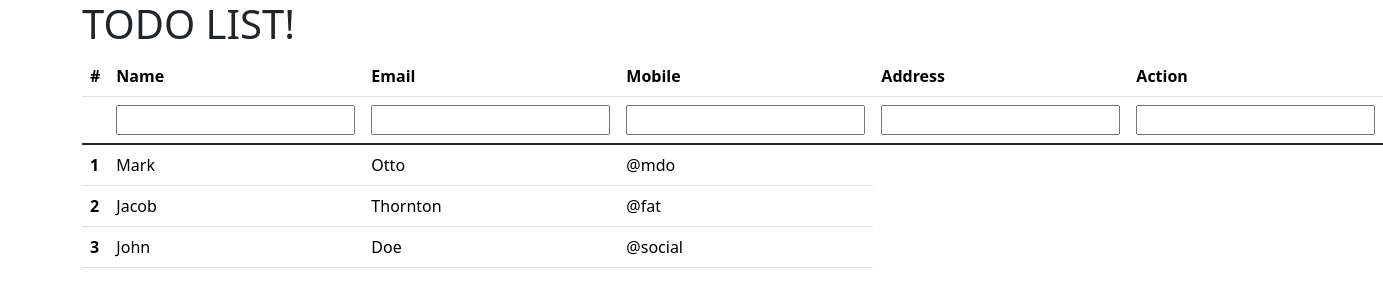
Repository: faizrehmandeveloper-spec/mern
Page: js/todo.html
The author's editor kept a copy of each file at every save. The page is drawn from the files as they stood at one save, then again after the next save.
The browser window is 1280 px wide. The page is 1383 px wide, then 1280 px, so the pictures cover 1383 px, including what lies to the right of the window. The pictures show the whole page.

Above is the page before, as saved 2026-06-25 11:35:12.

### js/todo.html
<!doctype html>
<html lang="en">

<head>
    <meta charset="utf-8">
    <meta name="viewport" content="width=device-width, initial-scale=1">
    <title>Bootstrap demo</title>
    <link href="https://cdn.jsdelivr.net/npm/bootstrap@5.3.8/dist/css/bootstrap.min.css" rel="stylesheet"
        integrity="sha384-sRIl4kxILFvY47J16cr9ZwB07vP4J8+LH7qKQnuqkuIAvNWLzeN8tE5YBujZqJLB" crossorigin="anonymous">
</head>

<body>
    <div class="container">
        <h1>TODO LIST!</h1>
        <table class="table">
            <thead>
                <tr>
                    <th scope="col">#</th>
                    <th scope="col">Name</th>
                    <th scope="col">Email</th>
                    <th scope="col">Mobile</th>
                    <th scope="col">Address</th>
                    <th scope="col">Action</th>
                </tr>
                <tr>
                    <th></th>
                    <th><input type="text" id="name"></th>
                    <th><input type="text" id="name"></th>
                    <th><input type="text" id="name"></th>
                    <th><input type="text" id="name"></th>
                    <th><input type="text" id="name"></th>
                </tr>
            </thead>
            <tbody class="table-group-divider">
                <tr>
                    <th scope="row">1</th>
                    <td>Mark</td>
                    <td>Otto</td>
                    <td>@mdo</td>
                </tr>
                <tr>
                    <th scope="row">2</th>
                    <td>Jacob</td>
                    <td>Thornton</td>
                    <td>@fat</td>
                </tr>
                <tr>
                    <th scope="row">3</th>
                    <td>John</td>
                    <td>Doe</td>
                    <td>@social</td>
                </tr>
            </tbody>
        </table>
    </div>
    <script src="https://cdn.jsdelivr.net/npm/bootstrap@5.3.8/dist/js/bootstrap.bundle.min.js"
        integrity="sha384-FKyoEForCGlyvwx9Hj09JcYn3nv7wiPVlz7YYwJrWVcXK/BmnVDxM+D2scQbITxI"
        crossorigin="anonymous"></script>
</body>

</html>

After the next save:
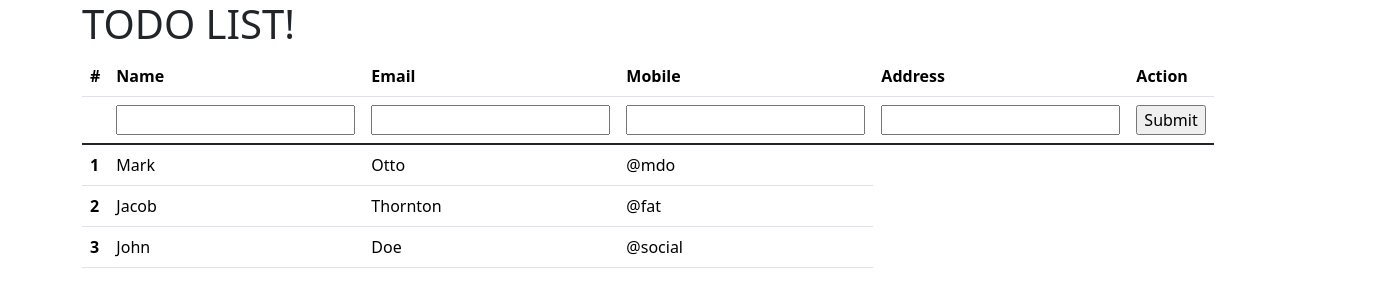
Saved 15 s later.
--- a/js/todo.html
+++ b/js/todo.html
@@ -28,7 +28,7 @@
                     <th><input type="text" id="name"></th>
                     <th><input type="text" id="name"></th>
                     <th><input type="text" id="name"></th>
-                    <th><input type="text" id="name"></th>
+                    <th><input type="submit" id="name"></th>
                 </tr>
             </thead>
             <tbody class="table-group-divider">
